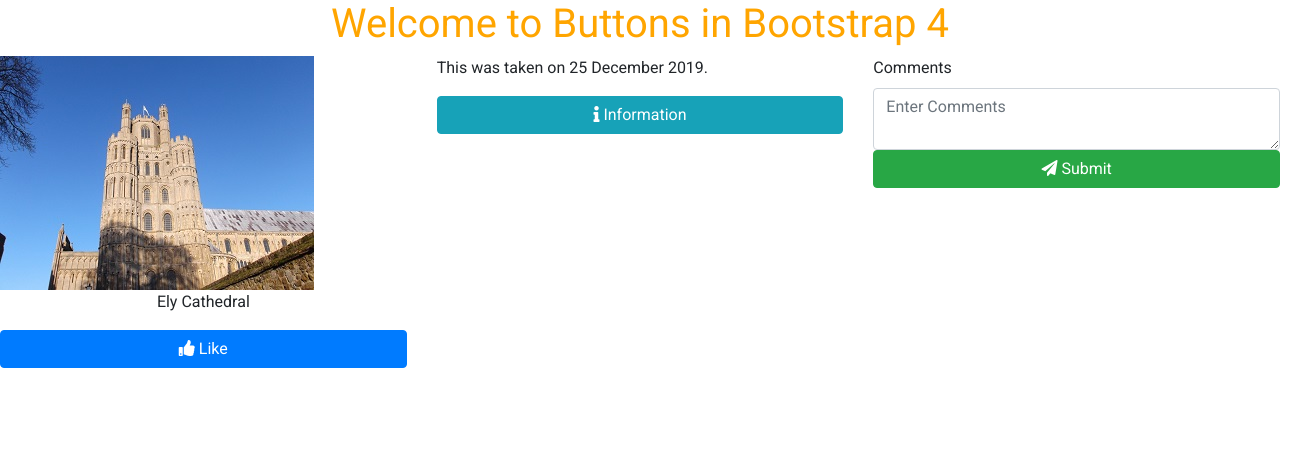
Repository: derektypist/buttons-in-bootstrap-4
Page: index.html
The author's editor kept a record of every edit. The page is drawn from the files as they stood at one moment, then again after the next edit.
The browser window is 1280 px wide. The page is 1295 px wide, so the pictures cover 1295 px, including what lies to the right of the window. The pictures show the whole page.
Some web libraries are served in a nearby version.

Above is the page before.

After the next edit:
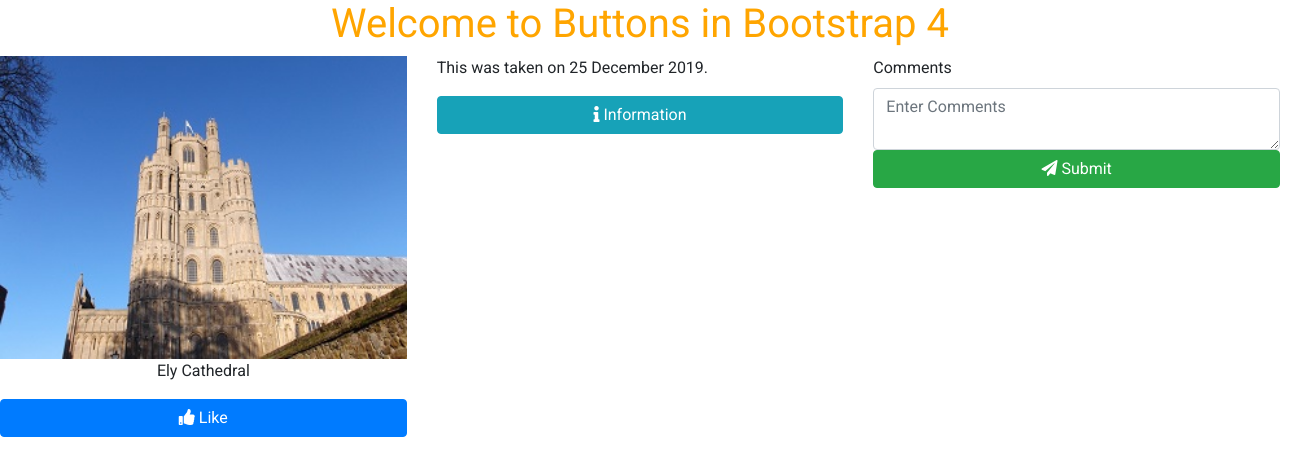
The edit:
--- a/style.css
+++ b/style.css
@@ -8,3 +8,10 @@ h1 {
     text-align: center;
     color: orange;
 }
+
+/* Image */
+img {
+    display: block;
+    margin: auto;
+    width: 100%;
+}
